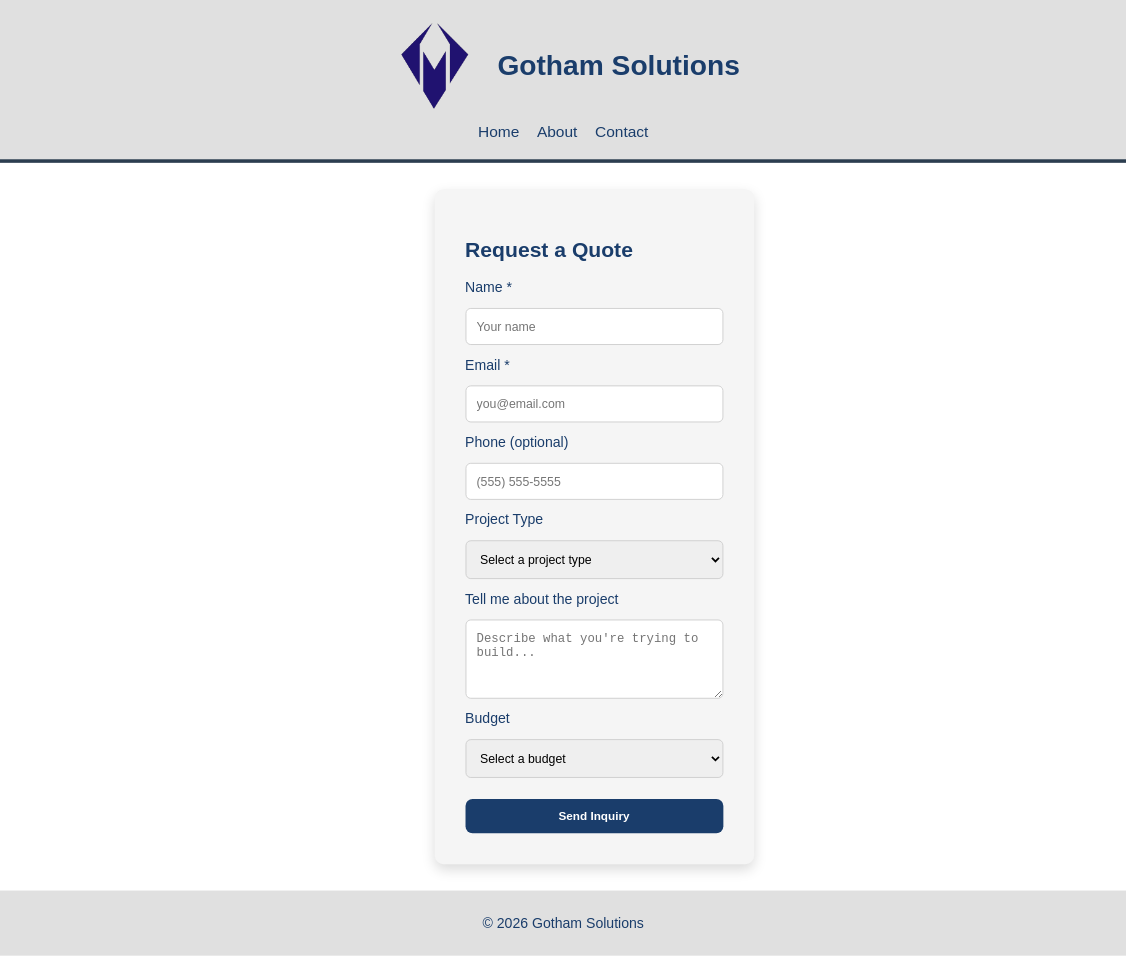
Repository: kmm569/gothamsolutions
Page: contact.html
These files come from the project's save history. The page is drawn as it stood at one moment and after the next save; the edit follows.
The browser window is 1280 px wide. The pictures show the whole page, at 88% of full size.

Above is the page before, as saved 2026-03-06 13:18:06.

After the next save:
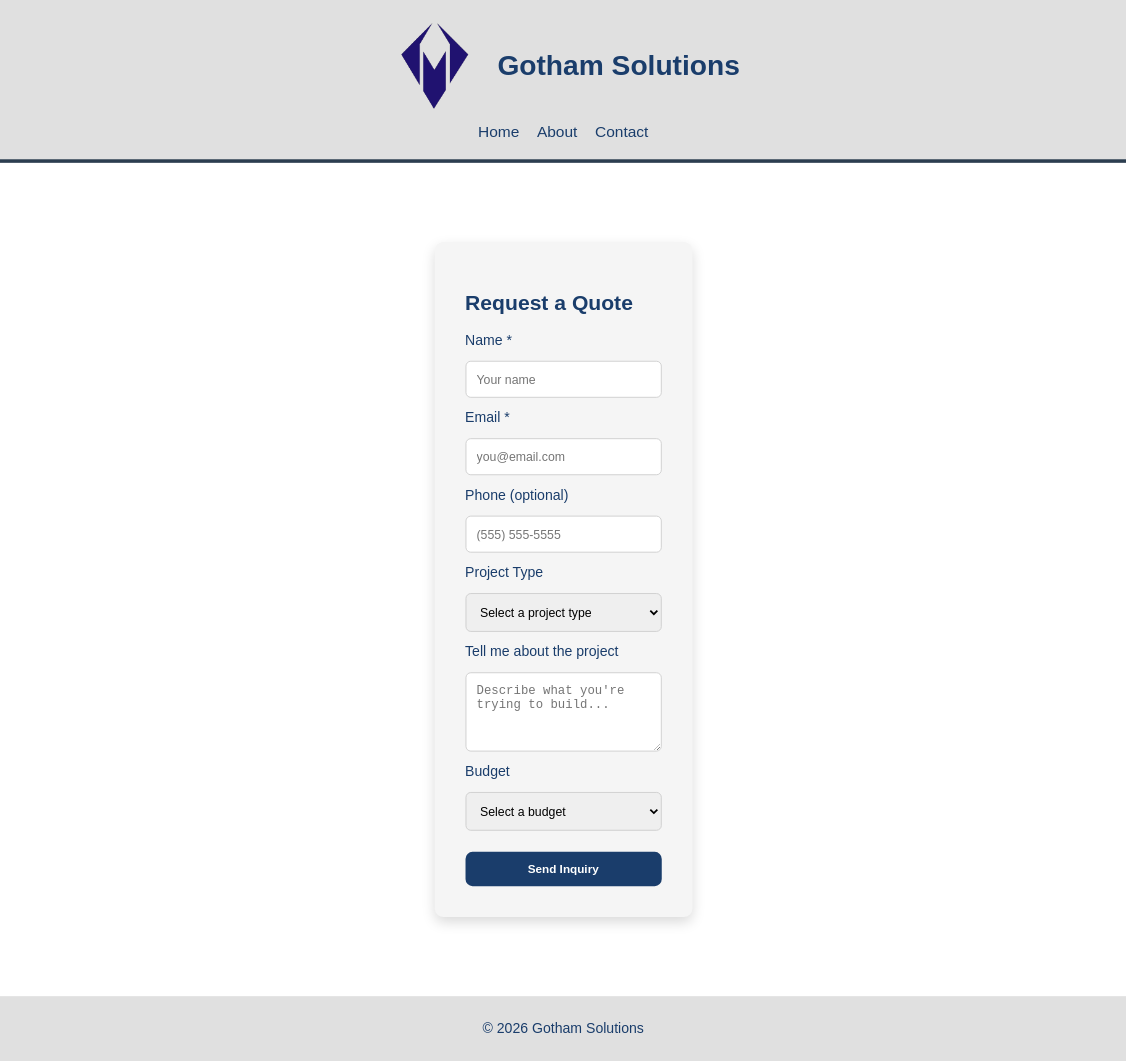
Saved 51 s later.
--- a/styles.css
+++ b/styles.css
@@ -175,6 +175,13 @@ main{
 
 
 /* FORM */
+
+.contact-section{
+	display:flex;
+	justify-content:center;
+	align-items:flex-start;
+	padding:60px 20px;
+}
 
 .form-card{
 	background:#F5F5F5;
